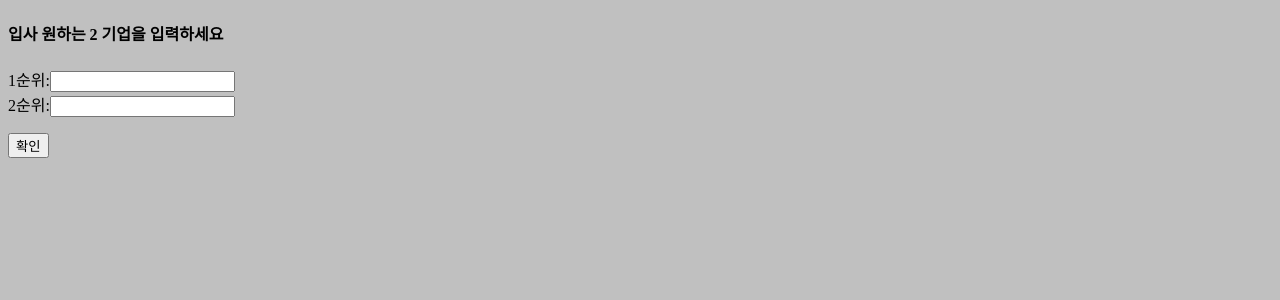
Repository: Hongjeongmin/university
Page: webprograming/test/test/WebContent/b.html
An editor plug-in stored every save of this project. The page is shown before and after the next save, followed by the edit.
The browser window is 1280 px wide. The pictures show the whole page.

Above is the page before, as saved 2018-09-13 05:48:52.

### webprograming/test/test/WebContent/b.html
<!DOCTYPE html>
<html>
<head>
<meta charset="UTF-8">
<title>대기업</title>
</head>
<body style="background-color:silver">
	<h4><b>입사 원하는 2 기업을 입력하세요</b></h4><p>

	1순위:<input type="text" name="one"/><br>
	2순위:<input type="text" name="two"/><p>
<input type="submit" value="확인"/>
</body>
</html>

After the next save:
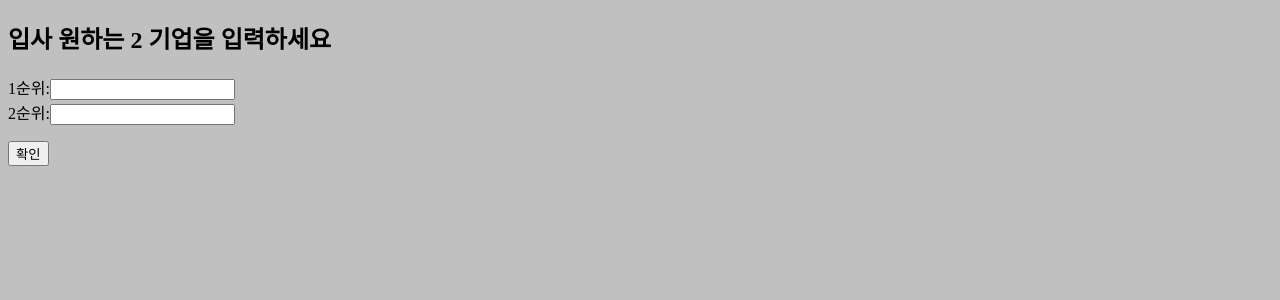
Saved 61 s later.
--- a/webprograming/test/test/WebContent/b.html
+++ b/webprograming/test/test/WebContent/b.html
@@ -5,7 +5,7 @@
 <title>대기업</title>
 </head>
 <body style="background-color:silver">
-	<h4><b>입사 원하는 2 기업을 입력하세요</b></h4><p>
+	<h2><b>입사 원하는 2 기업을 입력하세요</b></h2><p>
 
 	1순위:<input type="text" name="one"/><br>
 	2순위:<input type="text" name="two"/><p>
